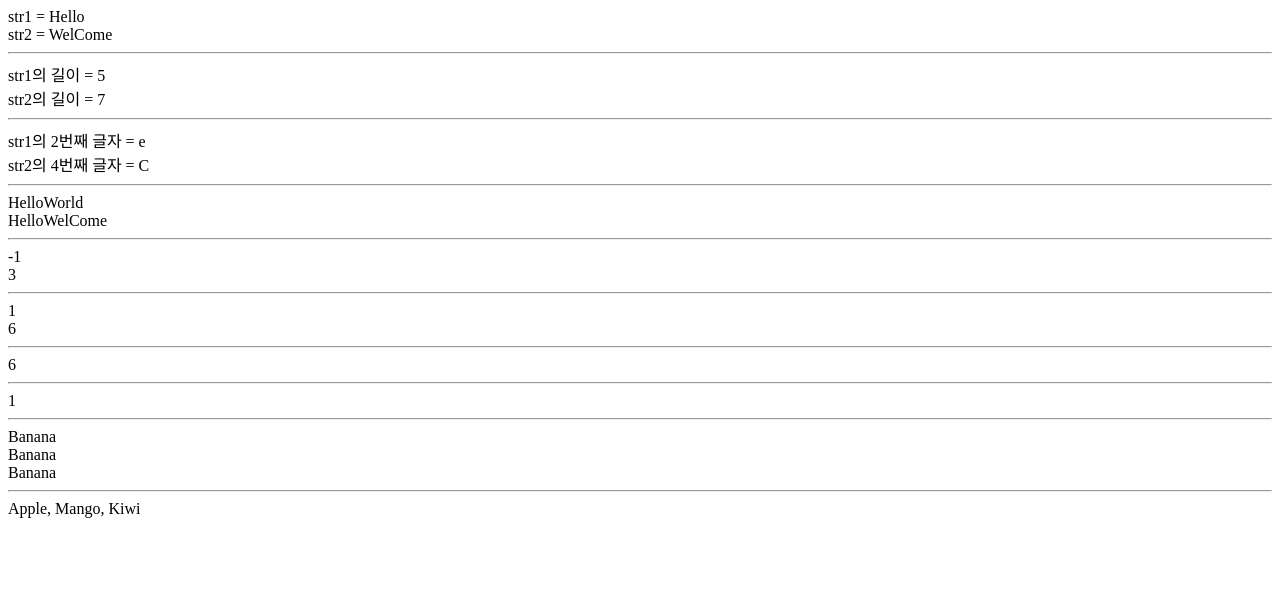
Repository: wjsjsn/23_webstudy
Page: 03_javascript/src/main/webapp/day02/Ex21_StringClass.html
The author's editor kept a copy of each file at every save. The page is drawn from the files as they stood at one save, then again after the next save.
The browser window is 1280 px wide. The pictures show the whole page.

Above is the page before, as saved 2023-06-29 00:45:58.

### 03_javascript/src/main/webapp/day02/Ex21_StringClass.html
<!DOCTYPE html>
<html>
<head>
<meta charset="UTF-8">
<title>Insert title here</title>
<script type="text/javascript">
	// 내장 객체 : javascript가 구동되는 시점에서 바로 제공되면,
	//               javascript코드 어디에서든 사용 가능
	// Object, String, Number, Date, Array, Math, ....
	var str1 = "Hello";
	var str2 = new String("WelCome");

	document.write("str1 = " + str1 + "<br>")
	document.write("str2 = " + str2 + "<br>")
	document.write("<hr>")

	// 길이 : length
	document.write("str1의 길이 = " + str1.length + "<br>")
	document.write("str2의 길이 = " + str2.length + "<br>")
	document.write("<hr>")

	// n번째 문자 추출 : charAt(n) => n = index = 0부터 시작
	document.write("str1의 2번째 글자 = " + str1.charAt(1) + "<br>")
	document.write("str2의 4번째 글자 = " + str2.charAt(3) + "<br>")
	document.write("<hr>")

	// 문자 연결자 : concat(str)
	document.write(str1.concat("World") + "<br>")
	document.write(str1.concat(str2) + "<br>")
	document.write("<hr>")

	// 해당 문자나 문자열의 위치값 : indexOf('문자 또는 문자열')
	//                                     **정규식 사용 x, -1 이면 찾는 문자가 없다라는 뜻
	document.write(str1.indexOf('C') + "<br>")
	document.write(str2.indexOf('C') + "<br>")
	document.write("<hr>")

	// 해당 문자나 문자열의 위치값 : indexOf('문자 또는 문자열', 시작위치)
	// 첫번째 e의 위치
	document.write(str2.indexOf('e', 0) + "<br>")
	// 두번째 e의 위치
	document.write(str2.indexOf('e', str2.indexOf('e') + 1) + "<br>")
	document.write("<hr>")

	// 해당 문자나 문자열의 마지막 위치값 : lastIndexOf('문자 또는 문자열')
	document.write(str2.lastIndexOf('e') + "<br>")
	document.write("<hr>")

	// 해당 문자나 문자열의 위치값 : search('문자 또는 문자열')
	//                                        정규식 사용 가능, 두 번째 인자는 x
	document.write(str2.search('e') + "<br>")
	document.write("<hr>")

	// 원하는 문자열 추출 : slice와 substring
	// slice(begin, end), substring(begin, end) : end는 포함하지 않음
	// substr(begin, 개수)
	str1 = "Apple, Banana, Kiwi";
	document.write(str1.slice(7, 13) + "<br>")
	document.write(str1.substring(7, 13) + "<br>")
	document.write(str1.substr(7, 6) + "<br>")
	document.write("<hr>")

	// 치환 : replace(old, new) => 원본은 변경 x, 사본이 만들어짐
	var str3 = str1.replace("Banana", "Mango");
	document.write(str3 + "<br>");


</script>
</head>
<body>

</body>
</html>

After the next save:
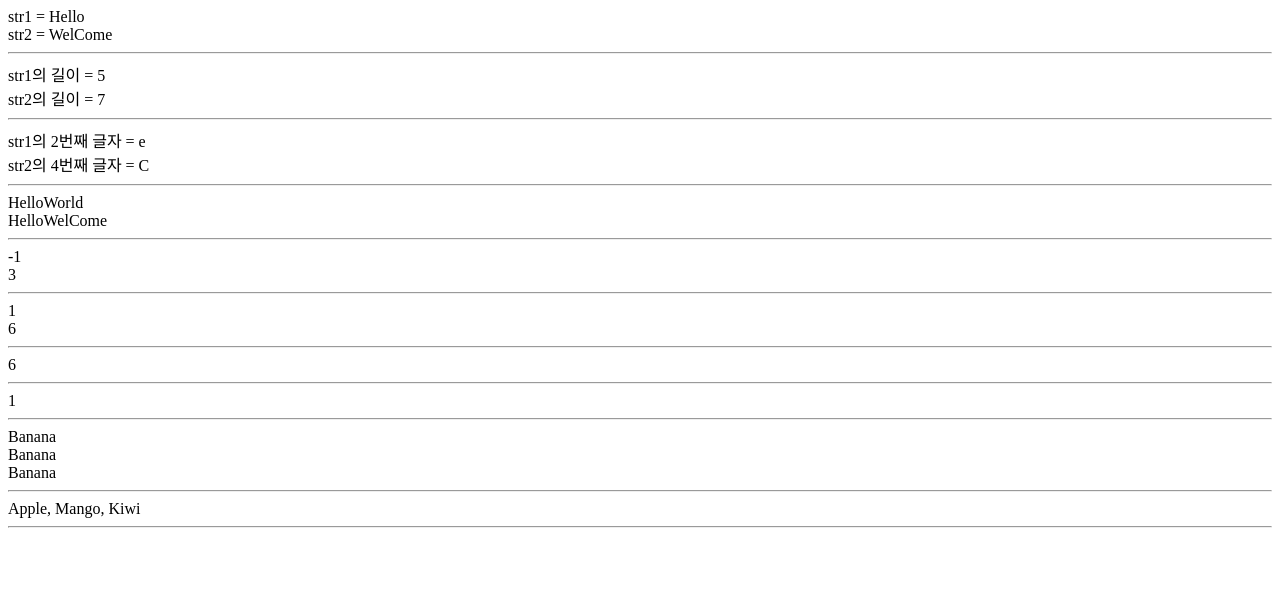
Console error: ReferenceError: Invalid left-hand side in assignment
Saved 110 s later.
--- a/03_javascript/src/main/webapp/day02/Ex21_StringClass.html
+++ b/03_javascript/src/main/webapp/day02/Ex21_StringClass.html
@@ -63,7 +63,11 @@
 	// 치환 : replace(old, new) => 원본은 변경 x, 사본이 만들어짐
 	var str3 = str1.replace("Banana", "Mango");
 	document.write(str3 + "<br>");
+	document.write("<hr>")
 
+	// 대소문자 변환 : toUpperCase, toLowerCase
+	document.write(str1.toUpperCase() = "<br>")
+	document.write(str1.toLowerCase() = "<br>")
 
 </script>
 </head>

After the save that followed:
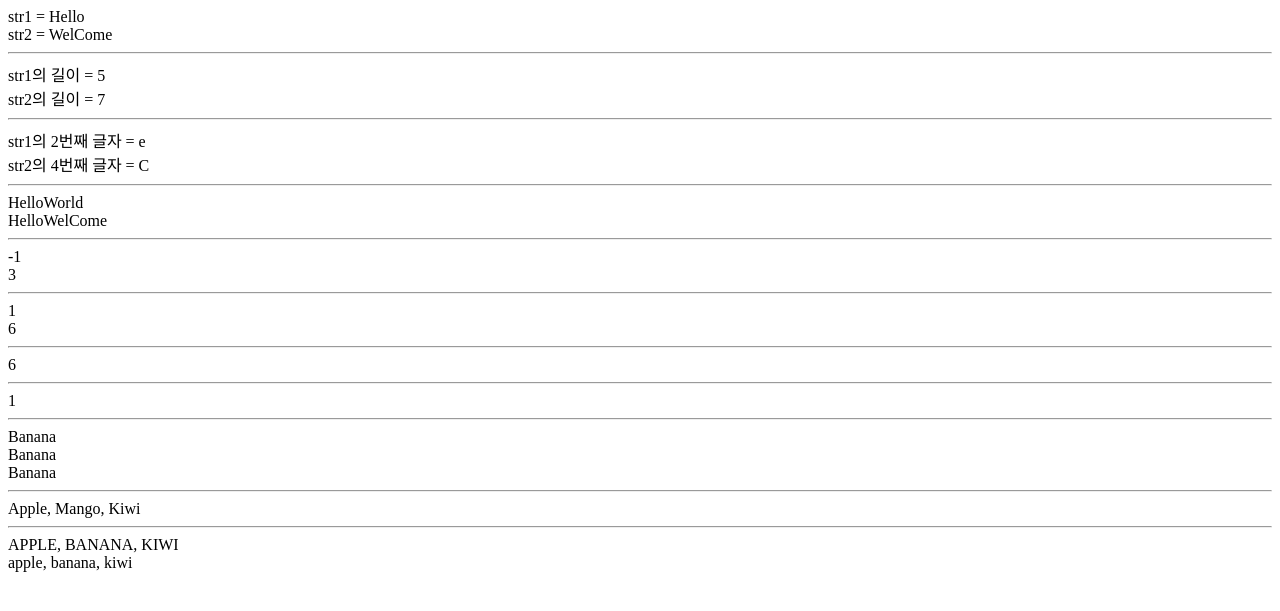
The error is gone.
Saved 12 s later.
--- a/03_javascript/src/main/webapp/day02/Ex21_StringClass.html
+++ b/03_javascript/src/main/webapp/day02/Ex21_StringClass.html
@@ -66,8 +66,8 @@
 	document.write("<hr>")
 
 	// 대소문자 변환 : toUpperCase, toLowerCase
-	document.write(str1.toUpperCase() = "<br>")
-	document.write(str1.toLowerCase() = "<br>")
+	document.write(str1.toUpperCase() + "<br>")
+	document.write(str1.toLowerCase() + "<br>")
 
 </script>
 </head>
